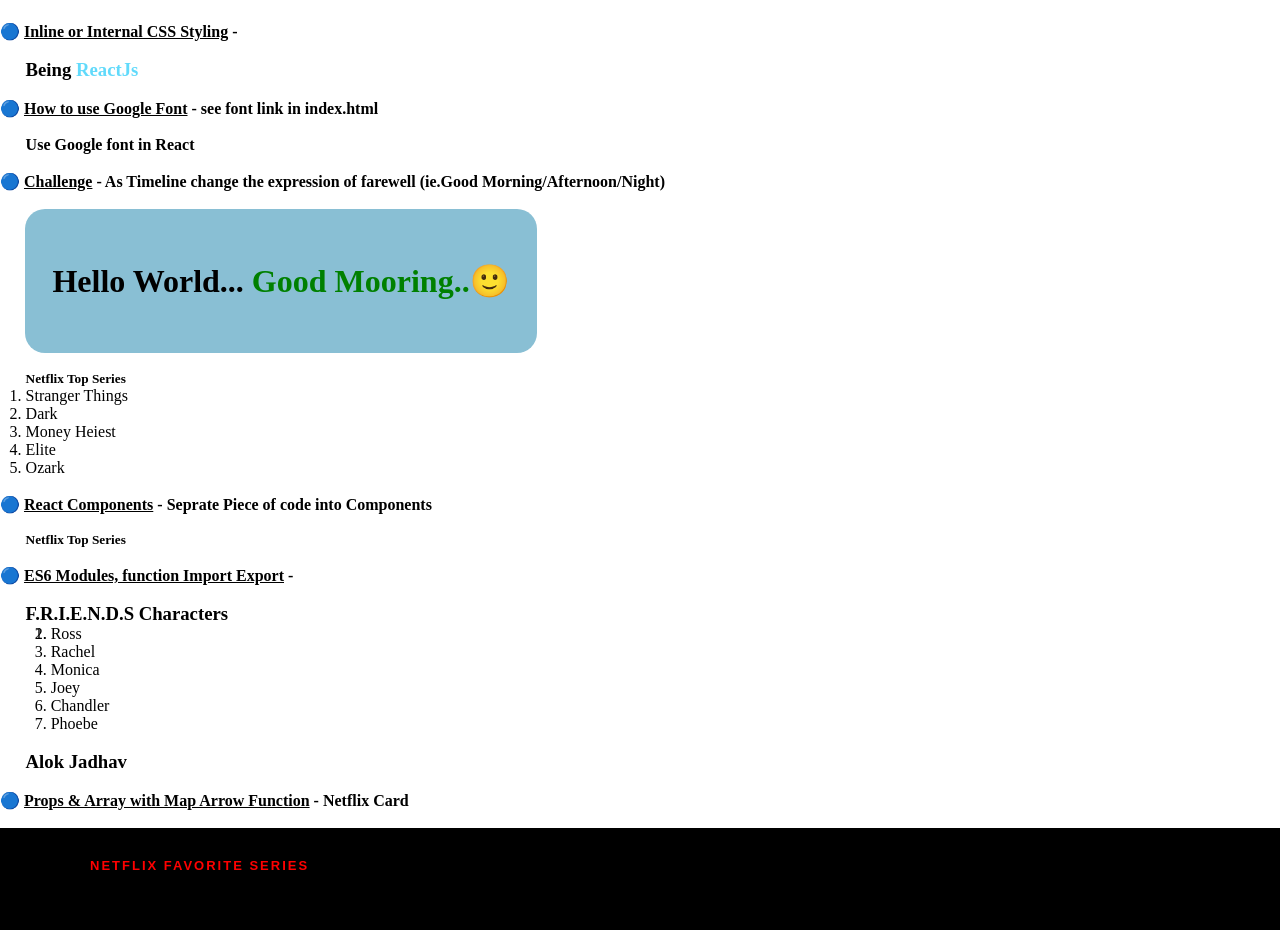
Repository: AalokJadhav/Being_ReactJS
Page: /
An editor plug-in stored every save of this project. The page is shown before and after the next save, followed by the edit.
The browser window is 1280 px wide. The pictures show the part of the page from y = 728 to 1658 px (the page is 3120 px tall before and 3187 px after).
Pictures or frames that could not be fetched are drawn as grey boxes. Some web fonts or font styles are not loaded; a fallback is used. The project was rebuilt for these pictures with package versions that can differ from the ones it lists, and the page was loaded fresh each time.

Above is the page before, as saved 2021-10-19 16:14:49.

### public/index.html
<!DOCTYPE html>
<html lang="en">

<head>
  <meta charset="utf-8" />
  <link rel="icon" href="%PUBLIC_URL%/favicon.ico" />
  <meta name="viewport" content="width=device-width, initial-scale=1" />
  <meta name="theme-color" content="#000000" />
  <meta name="description" content="Web site created using create-react-app" />
  <link rel="apple-touch-icon" href="%PUBLIC_URL%/logo192.png" />
  <!--
      manifest.json provides metadata used when your web app is installed on a
      user's mobile device or desktop. See https://developers.google.com/web/fundamentals/web-app-manifest/
    -->
  <link rel="manifest" href="%PUBLIC_URL%/manifest.json" />
  <link rel="preconnect" href="https://fonts.googleapis.com">
  <link rel="preconnect" href="https://fonts.gstatic.com" crossorigin>
  <link rel="preconnect" href="https://fonts.googleapis.com">
  <link rel="preconnect" href="https://fonts.gstatic.com" crossorigin>
  <link href="https://fonts.googleapis.com/css2?family=Festive&display=swap" rel="stylesheet">
    <!--
      Notice the use of %PUBLIC_URL% in the tags above.
      It will be replaced with the URL of the `public` folder during the build.
      Only files inside the `public` folder can be referenced from the HTML.

      Unlike "/favicon.ico" or "favicon.ico", "%PUBLIC_URL%/favicon.ico" will
      work correctly both with client-side routing and a non-root public URL.
      Learn how to configure a non-root public URL by running `npm run build`.
    -->
  <title>Being React</title>
</head>

<body>
  <noscript>You need to enable JavaScript to run this app.</noscript>
  <div id="root"></div>
  <!--
      This HTML file is a template.
      If you open it directly in the browser, you will see an empty page.

      You can add webfonts, meta tags, or analytics to this file.
      The build step will place the bundled scripts into the <body> tag.

      To begin the development, run `npm start` or `yarn start`.
      To create a production bundle, use `npm run build` or `yarn build`.
    -->
</body>

</html>

### src/index.js
// var React = require ('react');
// var ReactDom = require ('react-dom');

import React from 'react';
import ReactDom from 'react-dom';
import './index.css';
import App from './App';


ReactDom.render(<App />, document.getElementById('root'));

### src/index.css

*{margin: 0; padding: 0; box-sizing: border-box;};


.h3 {
  padding-left: 0%;
}
/* Style the header with a grey background and some padding */
.header {
  overflow: hidden;
  background-color: black;
  padding: 20px 10px;
}

/* Style the header links */
.header a {
  float: left;
  color: #fff;
  text-align: center;
  padding: 12px;
  text-decoration: none;
  font-size: 18px;
  line-height: 25px;
  border-radius: 4px;
}

/* Style the logo link (notice that we set the same value of line-height and font-size to prevent the header to increase when the font gets bigger */
.header a.logo {
  font-size: 25px;
  font-weight: bold;
  font-family: cursive;
  color: #61dafb;
}

/* Style the active/current link*/
.active {
  line-height: 50px;
}

/* Float the link section to the right */
.header-right {
  float: right;
}

.heart {
	font-size: 25px;
	color: #e00;
	animation: beat .25s infinite alternate;
	transform-origin: center;
}

/* Heart beat animation */
@keyframes beat{
	to { transform: scale(1.4); }
}

.googlefont {
  font-family: 'Festive', cursive;
}
/* Add media queries for responsiveness - when the screen is 500px wide or less, stack the links on top of each other */
@media screen and (max-width: 500px) {
  .header a {
    float: none;
    display: block;
    text-align: left;
  }
  .header-right {
    float: none;
  }
}

.img_div img{
  width: 33%;
  height: 5%;
  margin: auto;
  padding-left: 2%;
}

.content {
  padding-left: 2%;
}

.challenge1 {
  background-color: rgb(137, 191, 212);
  width: 40%;
  height: 20vh;
  display: flex;
  justify-content: center;
  align-items: center;
  margin-top: -0px;
  margin-left: 25px;
  border-radius: 20px;
}

.heading_styleN  {
  padding: 30px 0;
  padding-left: 90px;
  text-align: left;
  font-family: "Raleway", sans-serif;
  text-transform: uppercase;
  font-size: 13px;
  letter-spacing: 2px;
  font-weight: 5000;
  color: red;
  background-color: black;
  font-size: 1.rem;
  margin-bottom: -50px;
}

.netflixlogo {
  height: 29px;
  float: right;
  padding-right: 90px;

}
.heading_styleA  {
  padding: 30px 0;
  padding-left: 90px;
  text-align: left;
  font-family: "Raleway", sans-serif;
  text-transform: uppercase;
  font-size: 13px;
  letter-spacing: 2px;
  font-weight: 5000;
  color: white;
  background-color: #0f79af;
  font-size: 1.rem;
  margin-bottom: -50px;
}

.primelogo {
  height: 29px;
  float: right;
  padding-right: 90px;
}

.cards {
  width: 100%;
  height: auto;
}

.card {
  margin: 6%;
  transition: all 0.4s cubic-bezier(0.175, 0.885, 0, 1);
  width: 21.25%;
  border-radius: 12px;
  background-color: red;
  box-shadow: 0px 13px 10px -7px rgb(0, 0, 0, 0.1);
  float: left;
}

.card:hover {
  box-shadow: 0px 30px 18px  -8px  rgb(0, 0, 0, 0.1);
  transform: scale(1.05, 1.05);
  background-color: green;

}
.card__img {
  width: 100%;
  height: 300px;
  border-top-left-radius: 12px;
  border-top-right-radius: 12px;

}

.card__info {
  background-color: #fff;
  border-bottom-left-radius: 12px;
  border-bottom-left-radius: 12px;
  background-color: #fff;
}

.card__category {
  font-family: "Raleway", sans-serif;
  text-transform: uppercase;
  font-size: 13px;
  letter-spacing: 2px;
  font-weight: 500;
  color: #868686;
  background-color: #fff;


}

.card__title {
  margin-top: 5px;
  margin-bottom: 10px;
  text-transform: capitalize;
  font-family: "Raleway", sans-serif;
  background-color: #fff;

}

button {
  padding: 5px 8px;
  font-family: "Raleway", sans-serif;
  text-transform: uppercase;
  font-size: 13px;
  letter-spacing: 2px;
  font-weight: 1000;
  color: red;
  background-color: #fff;
  outline: none;
  border: 1px solid black;
  cursor: pointer;
}

### src/App.js
import React from "react";
import './index.css';

import Navbar from './Header'
import List from "./List";
import CurrentDate from "./CurrentDate";
import RandomImages from "./RandomImages";
import InlineCss from "./InlineCss";
import SimpleGreeting from './SimpleGreeting';
import GoogleFont from "./GoogleFont";
import RComponents from "./RComponents";
import NetflixCard from "./NetflixCard";
import IfElse from "./IfElse";


function App() {

  return (
    <>
      <Navbar /><br /><br /><br /><br />
      <h4>Hello  World From ReactJS...✋</h4><br />
      <CurrentDate />
      <RandomImages />
      <InlineCss /> <br />
      <GoogleFont />
      <SimpleGreeting />
      <List />
      <RComponents />
      <NetflixCard />
      <IfElse />
    </>
  );
}



export default App;


//In Pure JavaScript
var h3 = document.createElement('h3');
h3.innerHTML = 'Hello  World From Pure JavaScript...❤❤❤';
document.getElementById('root').appendChild(h3);

### src/Header.jsx
import React from "react";




function Navbar() {

  return (
    <>
    <div className="header">
        <a href="#default" className="logo"><span style={{ color: 'white'}}>Being</span> &nbsp;
        <img src="data:[embedded picture, 514 characters]" alt="" height="20"  />
           &nbsp; React</a>
      <div className="header-right">
        <h5 className="active" style={{ color: 'white'}}>Made with <span className="heart">&#x2665;</span> by Alok Jadhav</h5>
        </div>
      </div>
    </>
  );
}
export default Navbar;

### src/List.jsx
import React from "react";
import './index.css';
import Title from "./Title";

function List() {
  return (
    <>
      <Title />
      <div className="content">

        <ol>
          <li>Stranger Things</li>
          <li>Dark</li>
          <li>Money Heiest</li>
          <li>Elite</li>
          <li>Ozark</li>
        </ol>
      </div>
      <br />
    </>
  );
}

export default List;

### src/CurrentDate.jsx
import React from "react";


const fullDate = new Date();
const date = fullDate.toLocaleDateString();
const time = fullDate.toLocaleTimeString();


function CurrentDate() {
    return (
        <>
        <h4>🔵 <u>Display Current date and time in JSX</u> -</h4><br />
        <div className="content">
          <p>Current Date is {`${date}`} </p>
          <p>Current Time is {`${time} `} </p>
        </div>
        <br />
        </>
    );
  }

export default CurrentDate;

### src/RandomImages.jsx
import React from "react";
import './index.css';

const RandomImgUrl = 'https://picsum.photos/2000';
const RandomImgUrl1 = 'https://picsum.photos/900';
const RandomImgUrl2 = 'https://picsum.photos/800';

function RandomImages() {
  return (
    <>
    <h4>🔵 <u>JSX Attributes for random image</u> -</h4><br />
  <div className="img_div">
    <img src={RandomImgUrl} alt='random image1' />
    <img src={RandomImgUrl1} alt='random image2' />
    <img src={RandomImgUrl2} alt='random image3' />
  </div>
  <br />
  </>
  );
}

export default RandomImages;

### src/InlineCss.jsx
function InlineCss() {
    return (
        <>
            <h4 >🔵 <u>Inline or Internal CSS Styling</u> -</h4><br/>
            <div className="content">
            <h3>Being <span style={{ color: '#61dafb', fontFamily: 'serif' }}>ReactJs</span> </h3>
            </div>
        </>
    )
}

export default InlineCss;

### src/SimpleGreeting.jsx
const CurrDate = new Date(2021, 14, 10, 9);
const hour = CurrDate.getHours();
let greeting = '';

const cssStyle = {}

if (hour >= 1 && hour < 12) {
    greeting = 'Good Mooring..🙂';
    cssStyle.color = 'green';
} else if (hour >= 12 && hour < 19) {
    greeting = 'Good Afternoon..🙄';
    cssStyle.color = 'orange';
} else {
    greeting = 'Good Night..😴';
}

function SimpleGreeting() {
    return (
        <>
            <h4>🔵 <u>Challenge</u> - As Timeline change the expression of farewell (ie.Good Morning/Afternoon/Night)</h4><br />
            <div className="challenge1">
                <h1>Hello World...<span style={cssStyle}> {greeting}</span></h1>
            </div>
            <br />
        </>
    )
}

export default SimpleGreeting;

### src/GoogleFont.jsx
import React from "react";
import './index.css';


function GoogleFont() {
  return (
    <>
    <h4>🔵 <u>How to use Google Font</u> -  see font link in index.html </h4><br/>
  <div className="content">
    <h4 className="googlefont">Use Google font in React </h4>
  </div>
  <br />
  </>
  );
}

export default GoogleFont;

### src/RComponents.jsx
import React from 'react';
import Title from './Title';
import AllCharacter from './AllCharacter';

function RComponents() {
    return (
        <>
            <h4>🔵 <u>React Components</u> - Seprate Piece of code into Components</h4><br />
            <Title />
            <br />
            <AllCharacter />
            <br />
        </>
    )
}

export default RComponents;

### src/NetflixCard.jsx
import React from "react";
import Card from "./Card";
import Sdata from "./Sdata";

function NetflixCard() {

    return (
        <>
            <h4>🔵 <u>Props & Array with Map Arrow Function</u> - Netflix Card</h4><br />
            <h1 className="heading_styleN" >Netflix Favorite  Series</h1>
            {Sdata.map((val, index) => {
                console.log(index);
                return (
                    <Card
                        key={val.id}
                        imgsrc={val.imgsrc}
                        title={val.title}
                        sname={val.sname}
                        link={val.link} />
                )
            })
            }
        </>
    )
}

export default NetflixCard;

### src/IfElse.jsx
import React from "react";
import Card from "./Card";
import Sdata from "./Sdata";


const FavSeries = 'netflix';

function IfElse() {
    if (FavSeries === !'netflix') {
        return (
            <>
            <h4>🔵 <u>If Else Statement</u> - Netflix Card</h4><br />
            <h1 className="heading_styleA" >Amazon Originals <img className="primelogo" src='https://upload.wikimedia.org/wikipedia/commons/thumb/1/11/Amazon_Prime_Video_logo.svg/800px-Amazon_Prime_Video_logo.svg.png'></img> </h1>
            <Card
                key={Sdata[1].id}
                imgsrc={Sdata[1].imgsrc}
                title={Sdata[1].title}
                sname={Sdata[1].sname}
                link={Sdata[1].link} />
        </>
        )
          } else {
              return  (
            <>
            <br />
            <h1 className="heading_styleN" >A Netflix Originals <img className="primelogo" src='https://upload.wikimedia.org/wikipedia/commons/thumb/0/08/Netflix_2015_logo.svg/799px-Netflix_2015_logo.svg.png'></img> </h1>
                <Card
                    key={Sdata[2].id}
                    imgsrc={Sdata[2].imgsrc}
                    title={Sdata[2].title}
                    sname={Sdata[2].sname}
                    link={Sdata[2].link} />
                    </>
              )


}
}

export default IfElse;

### src/Title.jsx
import React from "react";


function Title() {
    return (
        <div className="content">
            <h5>Netflix Top Series</h5>
        </div>

    )
}



export default Title;

### src/AllCharacter.jsx
// import { FullName } from './FullName';



const Characters = ['Ross', 'Rachel', 'Monica', 'Joey', 'Chandler', 'Phoebe'];
const AllCharacters = [];

let name = 'Alok Jadhav';
const Myname = name

Characters.forEach(function (data) {
  AllCharacters.push(<li>{data}</li>);
});

function AllCharacter() {
  return (
    <>
      <h4>🔵 <u>ES6 Modules, function Import Export</u> - </h4><br />
      <div className="content">
        <h3>F.R.I.E.N.D.S Characters</h3>
        <ol className="content">
          <li>{AllCharacters}</li>
        </ol>
        <br />
        <h3>{Myname}</h3>
      </div>
    </>
  )
}

export default AllCharacter;

### src/Card.jsx
import React from "react";
import Images from "./CardImages";
import NcardHeading from "./NcardHeading";

function Card(props) {
    return (
      <>
        <div className="cards">
          <div className="card">
            <Images  imgsrc={props.imgsrc}/>
            <div className="card__info">
              <span className="card__category">{props.title}</span>
              <NcardHeading sname={props.Sname} />
              <a href={props.link} target="_blank" rel="noreferrer">
                <button>Watch Now</button>
              </a>
            </div>
          </div>
        </div>
      </>
    )
  }

  export default Card;

### src/Sdata.jsx
const Sdata = [
  {
    id: 1,
    imgsrc:
      "http://cdn.shopify.com/s/files/1/0151/0741/products/pg1004_1024x1024.jpg?v :1578633269",
    title: "A Netflix Series",
    sname: "F.R.I.E.N.D.S",
    link: "https://www.netflix.com/in/title/70153404",
  },
  {
    id: 2,
    imgsrc: "https://talenthouse-res.cloudinary.com/image/upload/c_limit,fl_progressive,h_1280,w_1280/v1542188034/user-849291/submissions/mfa0no5fxv0d2t40jgpt.jpg",
    title: "The Amazon Original",
    sname: "Mirzapur",
    link: "https://www.primevideo.com/detail/Mirzapur/0PDOKMV9CRLOMO5EUKNCUJLG4Q",
  },
  {
    id: 3,
    imgsrc: "https://wallpapercave.com/wp/wp4056407.jpg",
    title: "A Netflix Series",
    sname: "Dark",
    link: "https://www.netflix.com/in/title/80100172",
  },
  {
    id: 4,
    imgsrc: "https://i1.wp.com/urbanasian.com/wp-content/uploads/2021/01/C5171E29-D5A4-4E14-99B2-CA462FC48FA2.png?fit=525%2C453&ssl=1",
    title: "The Amazon Original",
    sname: "The Family Man",
    link: "https://www.primevideo.com/detail/The-Family-Man/0H3DDB4KBJFNDCKKLHNRLRLVKQ",
  },
  {
    id: 5,
    imgsrc: "https://wallpapercave.com/wp/wp1839578.jpg",
    title: "A Netflix Series",
    sname: "Stranger Things",
    link: "https://www.netflix.com/in/title/80057281",
  },
  {
    id: 6,
    imgsrc: "https://www.91-cdn.com/hub/wp-content/uploads/2021/07/Paatal-Lok-highest-rated-Hindi-web-series-to-watch-on-Amazon-Prime-Video.jpg?tr=q-100",
    title: "The Amazon Original",
    sname: "Paatal Lok",
    link: "https://www.primevideo.com/detail/Paatal-Lok/0G9IEOHCN8KMY6COD9ILGH7IY5",
  },
];

export default Sdata;

### src/CardImages.jsx
import React from "react";

const Images = (props) => {
    return <img src={props.imgsrc} alt="friends" className="card__img"  />

};

export default Images;

### src/NcardHeading.jsx
import React from "react";

const NcardHeading = (props) => {
  return  <h3 className="card__title">{props.Sname}</h3>
}

export default NcardHeading;

After the next save:
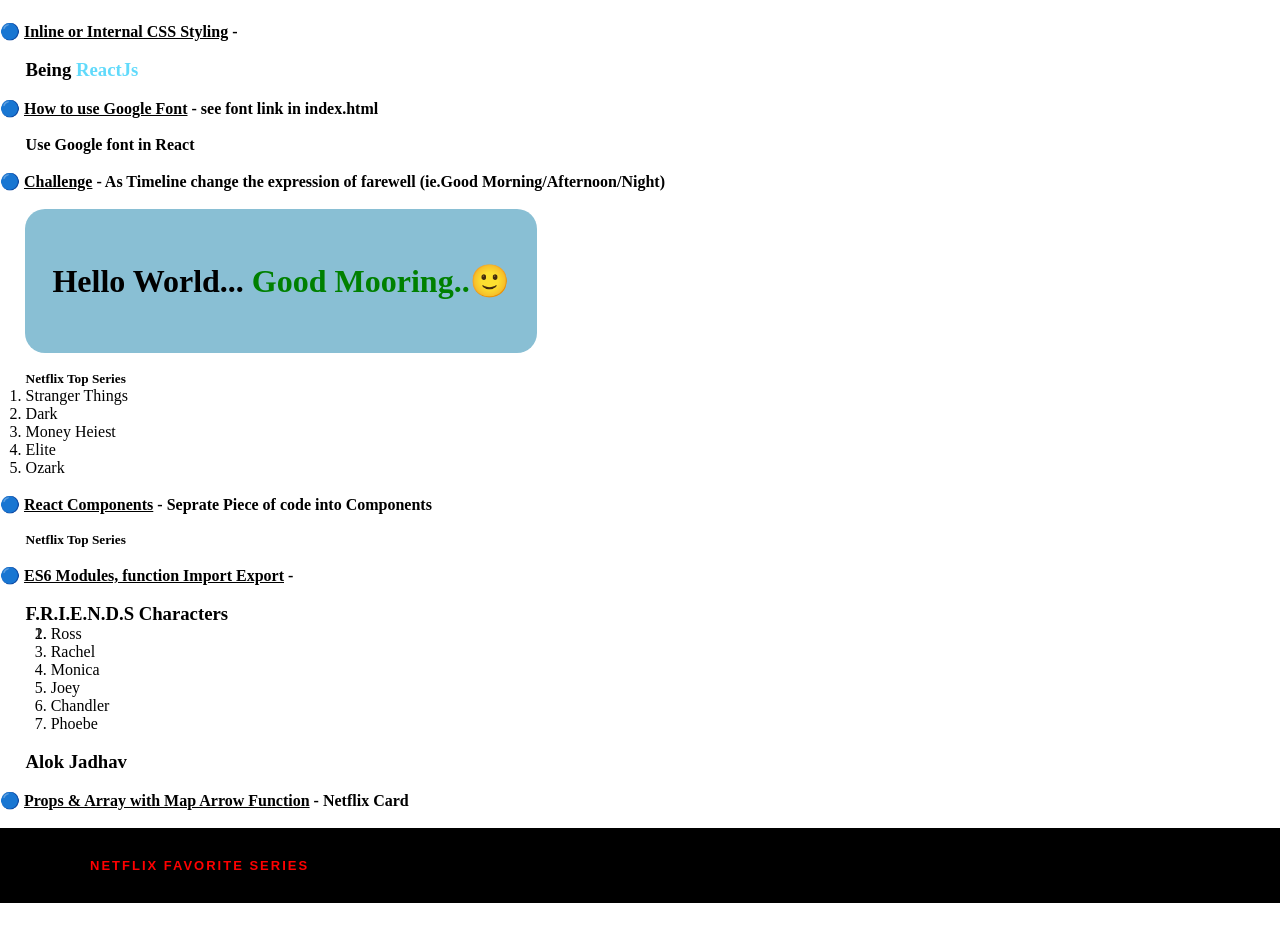
Saved 68 s later.
--- a/src/IfElse.jsx
+++ b/src/IfElse.jsx
@@ -23,6 +23,7 @@
               return  (
             <>
             <br />
+            <h4>🔵 <u>If Else Statement</u> - Netflix Card</h4><br />
             <h1 className="heading_styleN" >A Netflix Originals <img className="primelogo" src='https://upload.wikimedia.org/wikipedia/commons/thumb/0/08/Netflix_2015_logo.svg/799px-Netflix_2015_logo.svg.png'></img> </h1>
                 <Card
                     key={Sdata[2].id}
